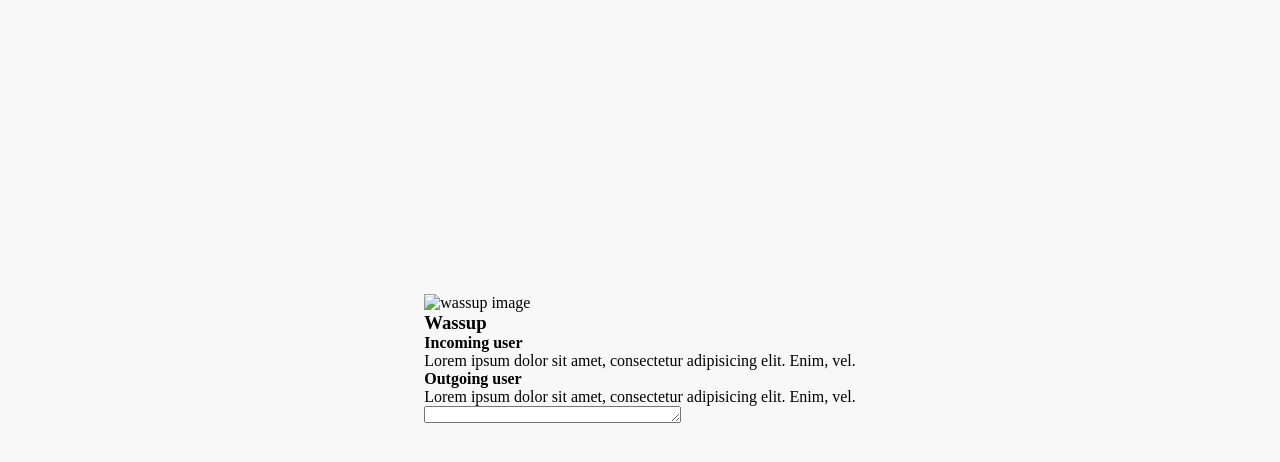
Repository: yashrajverma/Wassup-Chat-App
Page: http://localhost/
These files come from the project's save history. The page is drawn as it stood at one moment and after the next save; the edit follows.
The browser window is 1280 px wide. The pictures show the whole page.
The page is served by the project's Node server (server.js).

Above is the page before, as saved 2020-11-19 11:43:55.

### index.html
<!DOCTYPE html>
<html lang="en">

<head>
    <meta charset="UTF-8">
    <meta name="viewport" content="width=device-width, initial-scale=1.0">
    <title>Wassup Chat app</title>
    <link rel="stylesheet" href="/public/style.css">
</head>

<body>
    <script src="/public/client.js"></script>
    <section class="chat_section">
        <div class="brand">
            <img src="" alt="wassup image">
            <h3>Wassup</h3>
        </div>
        <div class="message_area">
            <div class="incoming_message">
                <h4>Incoming user</h4>
                <p>Lorem ipsum dolor sit amet, consectetur adipisicing elit. Enim, vel.</p>
            </div>
            <div class="outgoing_message">
                <h4>Outgoing user</h4>
                <p>Lorem ipsum dolor sit amet, consectetur adipisicing elit. Enim, vel.</p>
            </div>
        </div>
        <div>
            <textarea id="message_box" cols="30" rows="1"></textarea>
        </div>
    </section>
</body>

</html>

### server.js
const express = require('express');
const app = express();
const PORT = process.env.PORT || 3000;
app.get('/', (req, res) => {
    res.sendFile(__dirname + '/index.html');
});
app.listen(PORT);

### public/style.css
* {
    padding: 0;
    margin: 0;
    box-sizing: border-box;
}

body {
    display: flex;
    align-items: center;
    justify-content: center;
    min-height: 100vh;
    background: #f8f8f8;
    font-family: 'Roboto' sans-serif;
}

Loaded but not shown: public/client.js (no copy from this time; the picture is the same without it)

After the next save:
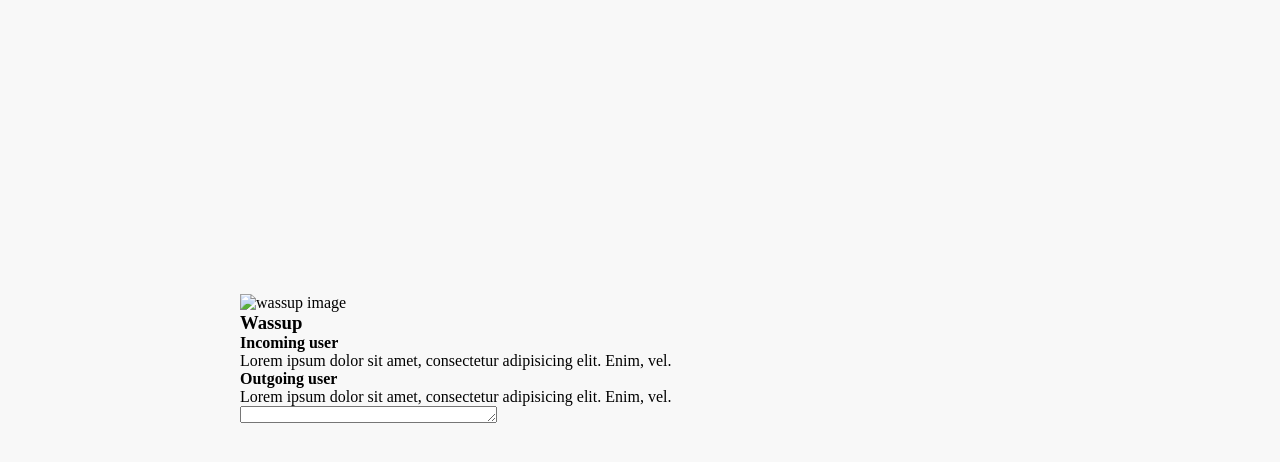
Saved 27 s later.
--- a/public/style.css
+++ b/public/style.css
@@ -12,3 +12,8 @@ body {
     background: #f8f8f8;
     font-family: 'Roboto' sans-serif;
 }
+
+section.chat_section {
+    min-height: 90%;
+    width: 800px;
+}
